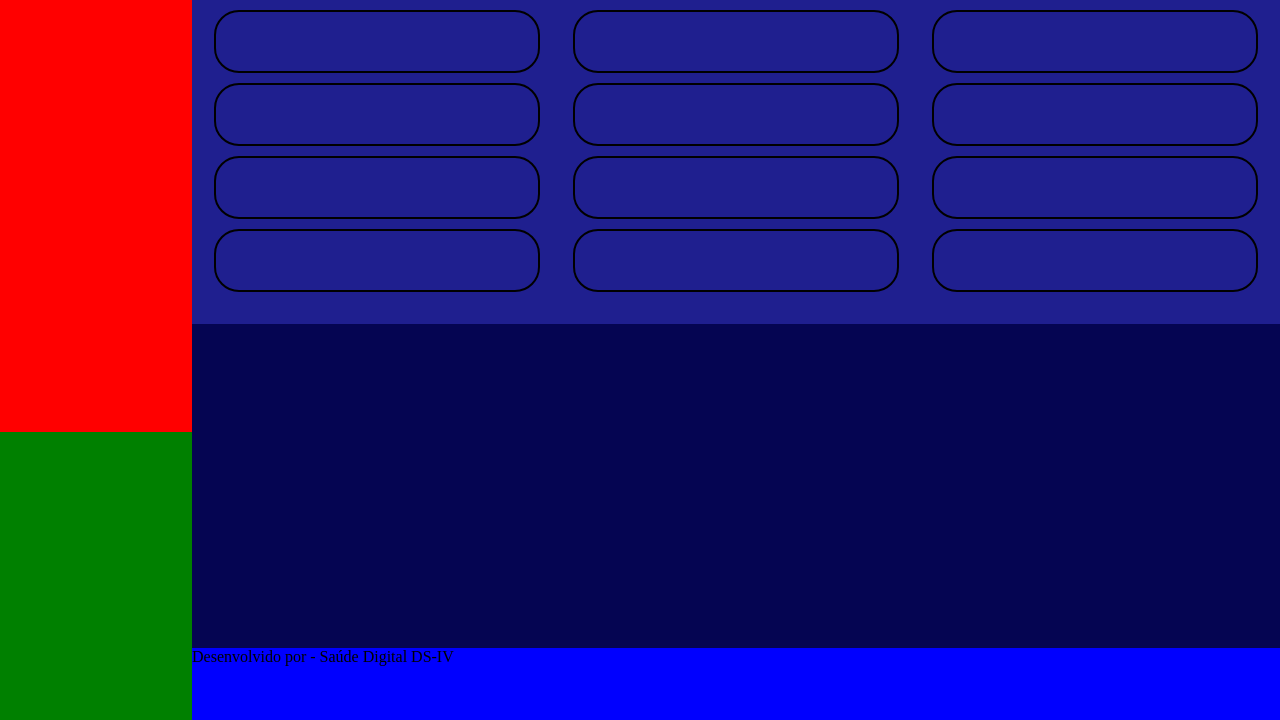
Repository: br-on/ddaf-chamados
Page: index.html
An editor plug-in stored every save of this project. The page is shown before and after the next save, followed by the edit.
The browser window is 1280 px wide. The pictures show the whole page.

Above is the page before, as saved 2025-01-19 20:41:09.

After the next save:
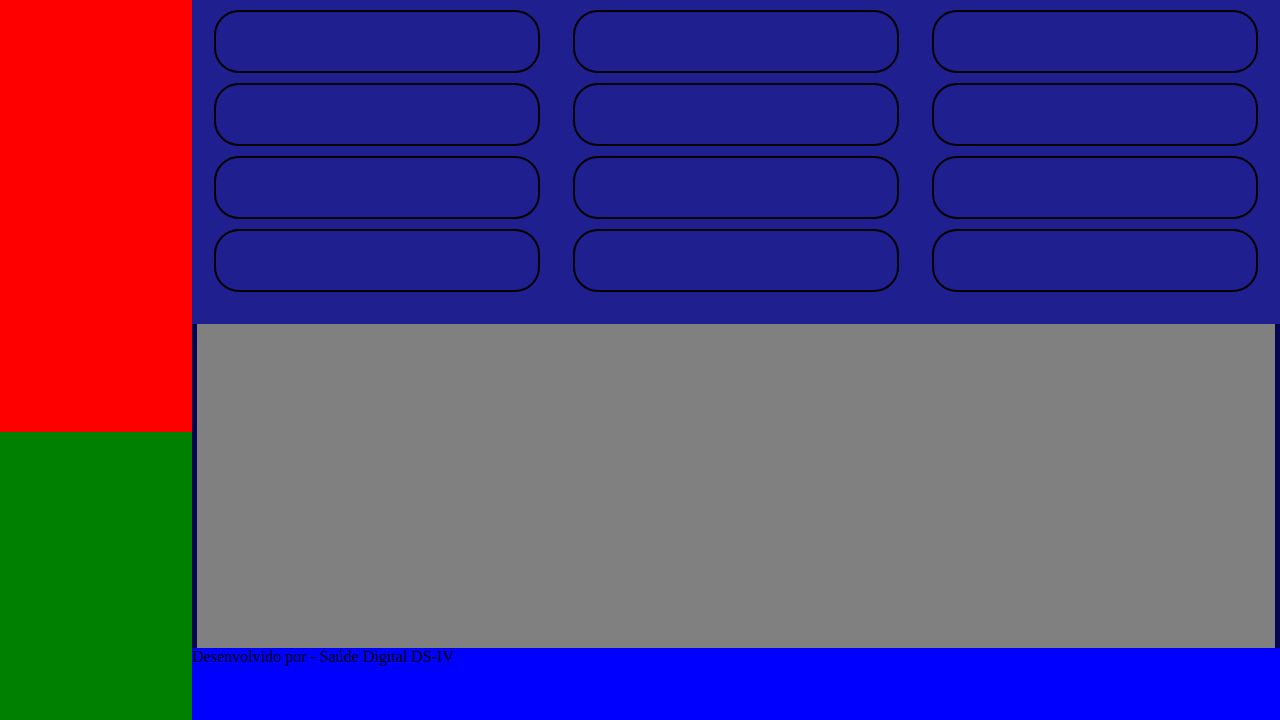
Saved 5 s later.
--- a/index.html
+++ b/index.html
@@ -26,7 +26,11 @@
             <div class="demanda-tipo"></div>
             <div class="demanda-tipo"></div>
         </section>
-        <section class="andamento-demandas"></section>
+        <section class="andamento-demandas">
+            <div class="demanda-andamento"></div>
+            <div class="demanda-andamento"></div>
+            <div class="demanda-andamento"></div>
+        </section>
         <footer> Desenvolvido por - Saúde Digital DS-IV</footer>
     </main>
 </body>
